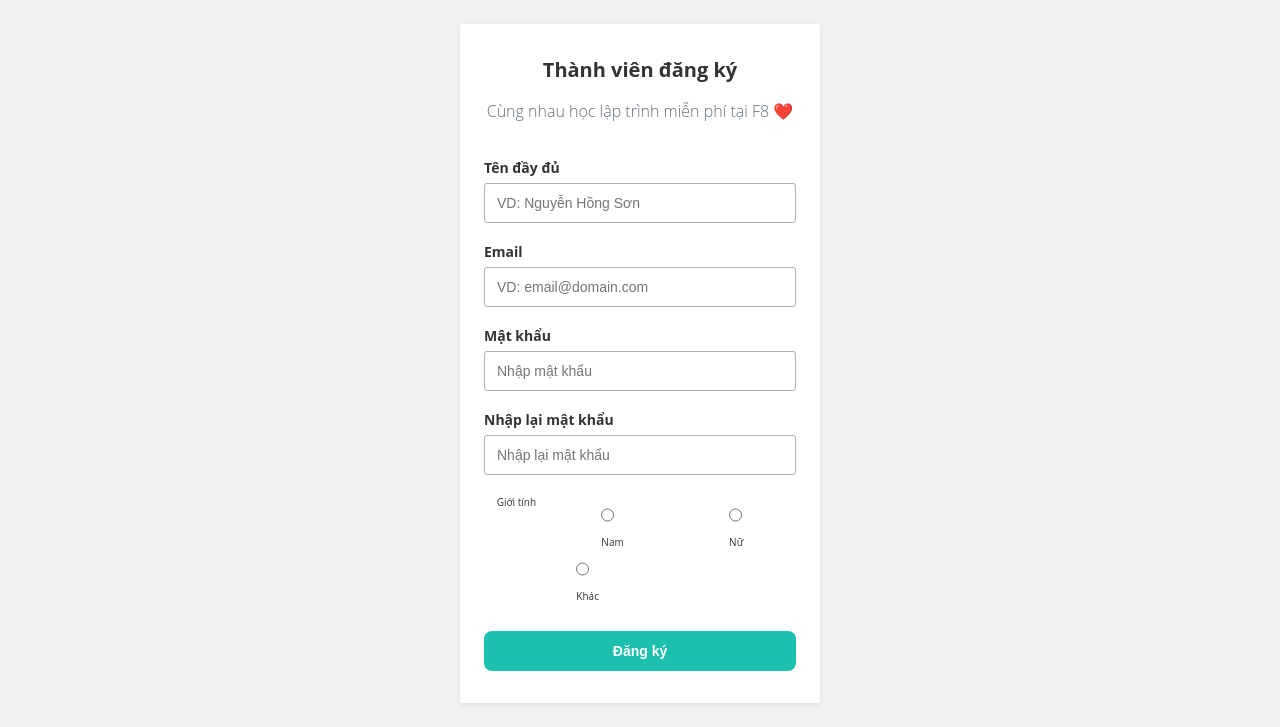
Repository: ahihison/Validation
Page: index.html
The author's editor kept a copy of each file at every save. The page is drawn from the files as they stood at one save, then again after the next save.
The browser window is 1280 px wide. The pictures show the whole page.

Above is the page before, as saved 2022-08-31 09:37:10.

### index.html
<!DOCTYPE html>
<html lang="en">
<head>
    <meta charset="UTF-8">
    <meta http-equiv="X-UA-Compatible" content="IE=edge">
    <meta name="viewport" content="width=device-width, initial-scale=1.0">
    <link rel="stylesheet" href="./style.css">
    <title>Document</title>
</head>
<body>
    <div class="container">
        <form action="" method="POST" class="form" id="form-1" >
            <h3 class="heading">Thành viên đăng ký</h3>
            <p class="desc">Cùng nhau học lập trình miễn phí tại F8 ❤️</p>
            <div class="spacer"></div>

            <div class="form-group">
                <label for="fullname" class="form-label" >Tên đầy đủ</label>
                <input type="text" name="fullname" id="fullname" placeholder="VD: Nguyễn Hồng Sơn" class="form-control">
                <span class="form-message"></span>
            </div>
            <div class="form-group">
                <label for="email" class="form-label" >Email</label>
                <input type="text" name="email" id="email" placeholder="VD: email@domain.com" class="form-control">
                <span class="form-message"></span>
            </div>
            <div class="form-group">
                <label for="password" class="form-label" >Mật khẩu</label>
                <input type="password" name="password" id="password" placeholder="Nhập mật khẩu" class="form-control">
                <span class="form-message"></span>
            </div>
            <div class="form-group">
                <label for="password_confirmation" class="form-label" >Nhập lại mật khẩu</label>
                <input type="password" name="password_confirmation" id="password_confirmation" placeholder="Nhập lại mật khẩu" class="form-control">
                <span class="form-message"></span>
            </div>
            <div class="form-group genderformat">
               <span>Giới tính</span>

                <div>
                    <input type="radio" name="gender" value="male" id="gender" class="form-control">
                    <span id="gender">Nam</span>
                </div>
                <div>
                    <input type="radio" name="gender" value="female" id="gender" class="form-control">
                    <span id="gender">Nữ</span>
                </div>
                <div>
                    <input type="radio" name="gender" value="orther" class="form-control" id="gender">
                    <span id="gender">Khác</span>

                </div>
                <span class="form-message"></span>
            </div>


            <button class="form-submit">Đăng ký</button>
        </form>

    </div>
    <script src="./validation.js"> </script>
    <script>
        Validator({
            form:'#form-1',
            formGroupSelector:'.form-group',
            errorSelector: '.form-message',
            rules: [
            Validator.isRequired('#fullname','Vui lòng nhập họ và tên đầy đủ của bạn'),
            Validator.isEmail('#email'),
            Validator.minLength('#password',6),
            Validator.isRequired('#password_confirmation'),
            Validator.isConfirmed('#password_confirmation',function() { return document.querySelector('#form-1 #password').value;

            },'Mật khẩu nhập lại không chính xác'),
            ],
            onSubmit: function(data){
                //Call API
                console.log(data);
            }
        });
    </script>




</body>
</html>

### style.css
*{
    margin: 0;
    padding: 0;
    box-sizing: border-box;

}
html{
    color: #333;
    font-size: 62.5%;
    font-family: "Open Sans", sans-serif;
}

.container{
min-height: 100vh;
display: flex;
justify-content: center;
background: #f1f1f1;

}
.form{
    width: 360px;
    padding: 32px 24px;
    min-height: 100px;
    text-align: center;
    background: #fff;
    border-radius: 2px;
    margin: 24px;
    align-self: center;
    box-shadow: 0 2px 5px 0 rgba(51, 62, 73, 0.1);


}


.form .heading{
    font-size: 2rem;

}
.form .desc {
    text-align: center;
    color: #636d77;
    font-size: 1.6rem;
    line-height: 2.4rem;
    margin-top: 16px;
    font-weight: 300;
  }

.form-group{
     display: flex;
  margin-bottom: 16px;
  flex-direction: column;

}
.form-group #gender {
  display:flex;
 margin: 0 40px;

  }
  .form-group.genderformat{
    display: flex;
    flex-direction: row;
    flex-wrap: wrap;
    align-content: space-between;
    justify-content: space-around;
  }
.form-control{
    height: 40px;
    padding: 8px 12px;
    border: 1px solid #b3b3b3;
    border-radius: 3px;
    outline: none;
    font-size: 1.4rem;
}
.form-control:hover {
    border-color: #1dbfaf;
  }
.form-label,
.form-message{
    text-align: left;

}
.form-label {
    font-weight: 700;
    padding-bottom: 6px;
    line-height: 1.8rem;
    font-size: 1.4rem;
  }

  .form-group.invalid .form-control {
    border-color: #f33a58;
  }
  .form-group.invalid .form-message {
    color: #f33a58;
  }

  .form-message {
    font-size: 1.2rem;
    line-height: 1.6rem;
    padding: 4px 0 0;
  }
  .form-submit {
    outline: none;
    background-color: #1dbfaf;
    margin-top: 12px;
    padding: 12px 16px;
    font-weight: 600;
    color: #fff;
    border: none;
    width: 100%;
    font-size: 14px;
    border-radius: 8px;
    cursor: pointer;
  }
  .form-submit:hover {
    background-color: #1ac7b6;
  }
  .spacer {
    margin-top: 36px;
  }

### validation.js
function Validator(options) {

    function geParent(elements,selector){
        while(elements.parentElement){
            if(elements.parentElement.matches(selector)){
                return elements.parentElement;
            }
              elements = elements.parentElement;
        }
    }

    var selectorRule = {};
    //hàm thực hiện validate
    function validate(inputElement, rule) {

        var errorElement = geParent(inputElement,options.formGroupSelector).querySelector(options.errorSelector);
        var errorMessage;

        //lấy ra các rule của các selector
        var rules = selectorRule[rule.selector];
        //lập qua từng rules và kiểm tra
        //Nếu có lỗi thì dừng việc kiểm tra
        for (var i = 0; i < rules.length; i++) {
            errorMessage = rules[i](inputElement.value);
            if (errorMessage) break;

        }

        if (errorMessage) {
            errorElement.innerText = errorMessage;
            geParent(inputElement,options.formGroupSelector).classList.add('invalid');
        } else {
            errorElement.innerText = '';
            geParent(inputElement,options.formGroupSelector).classList.remove('invalid');
        }
        return !!errorMessage;
    }
    // lấy được form elements
    var formElement = document.querySelector(options.form);

    if (formElement) {
        //Lắng nghe sự kiện onsubmit

        formElement.onsubmit = function (e) {

            e.preventDefault();

            var isFormValid = true;

            // Lặp qua từng rules và validate
            options.rules.forEach(function (rule) {
                var inputElement = formElement.querySelector(rule.selector);
                var isInValid = validate(inputElement, rule);
                if (isInValid) {
                    isFormValid = false;
                }
            });


            if (isFormValid) {
                //Trường hợp submit với js
                if (typeof options.onSubmit === 'function') {
                    var enableInputs = formElement.querySelectorAll('[name]');
                    var formValues = Array.from(enableInputs).reduce(function (values, input) {
                        values[input.name] = input.value;
                        return values;
                    }, {});
                    options.onSubmit(formValues)
                }
                //submit với hành vi mặc định
                else{
                    formElement.submit();
                }
            }

        }





        //Lặp qua mỗi rule xử lí sự kiện (blur click....)
        options.rules.forEach(function (rule) {
            //Lưu lại các  rules cho mỗi input
            if (Array.isArray(selectorRule[rule.selector])) {
                selectorRule[rule.selector].push(rule.test);
            }
            else {
                selectorRule[rule.selector] = [rule.test];
            }


            var inputElement = formElement.querySelector(rule.selector);

            if (inputElement) {
                //Xử lí trường hợp blur ra khỏi input
                inputElement.onblur = function () {

                    validate(inputElement, rule);

                }
                // Xử lí mỗi khi người dùng nhập vào input
                inputElement.oninput = function () {
                    var errorElement = geParent(inputElement,options.formGroupSelector).querySelector(options.errorSelector);
                    errorElement.innerText = '';
                    geParent(inputElement,options.formGroupSelector).classList.remove('invalid');
                }
            }

        }

        );



    }


}

//định nghĩa rules
//Nguyên tắc rules
//1. khi có lỗi : => trả về message
//2. Khi hợp lệ: => ko trả về gì hết (undefined)
Validator.isRequired = function (selector, message) {
    return {
        selector: selector,
        test: function (value) {
            return value.trim() ? undefined : message || "Vui lòng nhập trường này"

        }
    }
}

Validator.isEmail = function (selector, message) {

    return {
        selector: selector,
        test: function (value) {
            var regex = /^[A-Z0-9._%+-]+@[A-Z0-9.-]+\.[A-Z]{2,4}$/i;

            return regex.test(value) ? undefined : message || 'Trường này phải là email'
        }
    }

}
Validator.minLength = function (selector, min, message) {

    return {
        selector: selector,
        test: function (value) {
            return value.length >= min ? undefined : message || `Vui lòng nhập tối thiếu ${min} ký tự`
        }
    }

}

Validator.isConfirmed = function (selector, getconfirmValue, message) {
    return {
        selector: selector,
        test: function (value) {
            return value === getconfirmValue() ? undefined : message || "Giá trị nhập vào không chính xác"
        }

    }

}

After the next save:
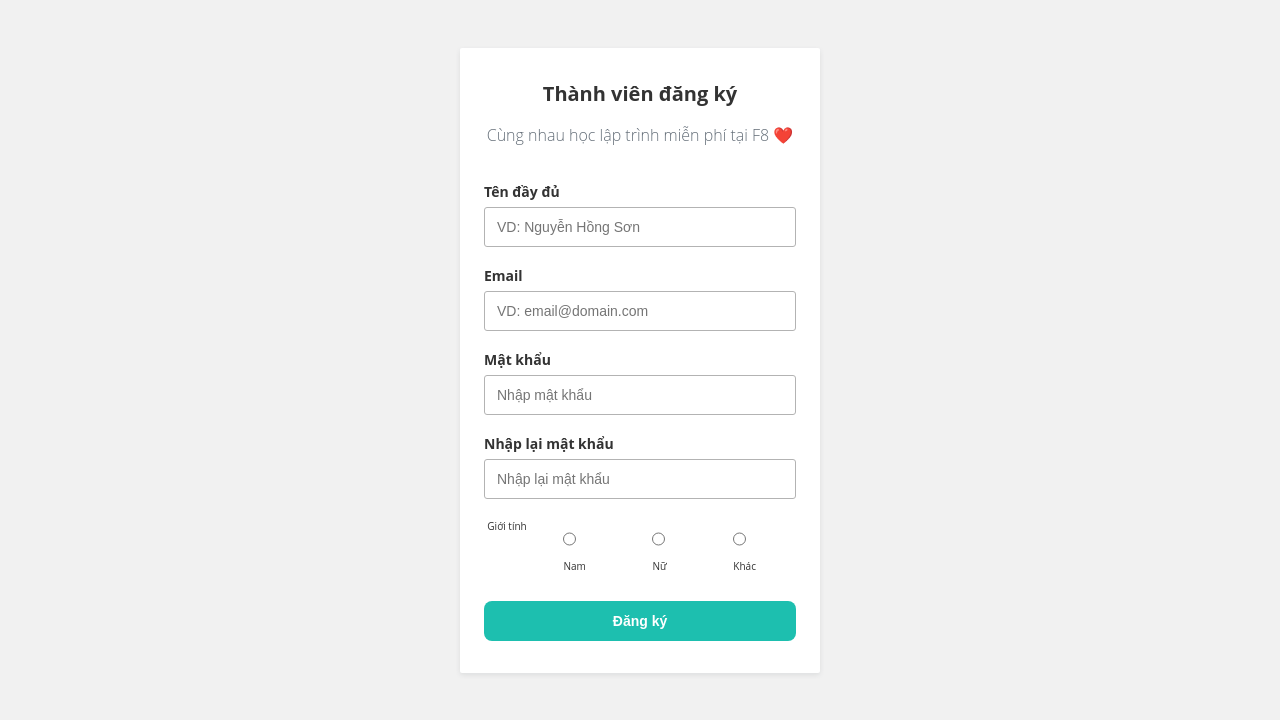
Saved 6 s later.
--- a/style.css
+++ b/style.css
@@ -53,7 +53,7 @@ background: #f1f1f1;
 }
 .form-group #gender {
   display:flex;
- margin: 0 40px;
+ margin: 0 30px;
 
   }
   .form-group.genderformat{
